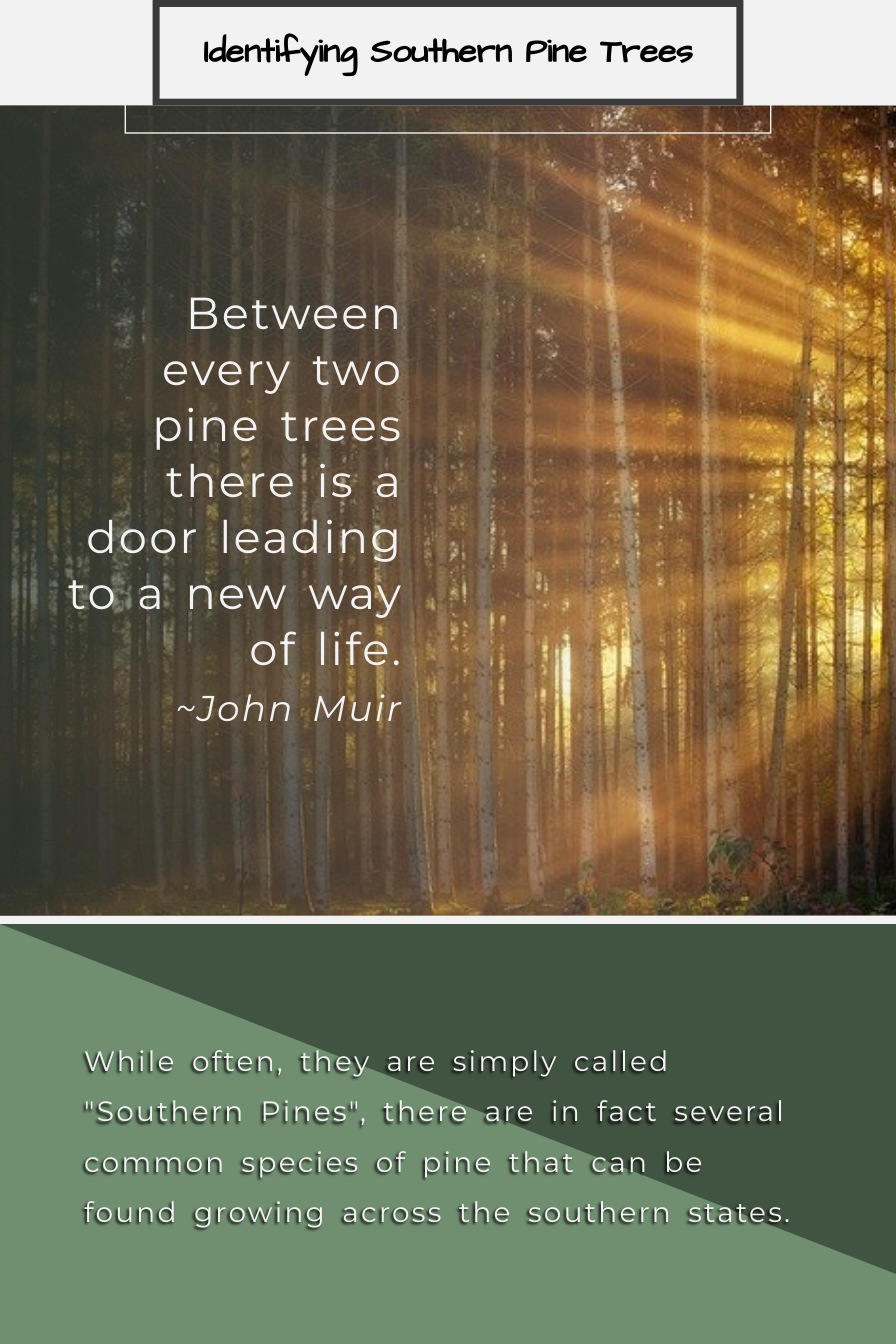
Repository: Sbethm/louisianaPineTrees
Page: pine_main.html
An editor plug-in stored every save of this project. The page is shown before and after a run of saves, followed by the edit.
The browser window is 1280 px wide. The pictures show the part of the page from y = 0 to 1920 px (the page is 2983 px tall), at 70% of full size.
The style sheet was rebuilt from its Sass, Less or Tailwind sources for each picture, by a compiler version that may differ from the author's.

Above is the page before, as saved 2021-09-24 11:02:56.

### pine_main.html
<!DOCTYPE html>
<html lang="en">
<head>
    <meta charset="UTF-8">
    <meta http-equiv="X-UA-Compatible" content="IE=edge">
    <meta name="viewport" content="width=device-width, initial-scale=1.0">
    <link rel="preconnect" href="https://fonts.googleapis.com">
    <link rel="preconnect" href="https://fonts.gstatic.com" crossorigin>
    <link href="https://fonts.googleapis.com/css2?family=Architects+Daughter&family=Montserrat:ital,wght@0,400;0,500;0,700;1,400;1,500;1,700&display=swap" rel="stylesheet">
    <!--
        headerFont: 'Architects Daughter', cursive;
        mainFont: 'Montserrat', sans-serif;
    -->
    <link rel="stylesheet" href="./CSS/main.css">
    <title>Louisiana Pine Trees</title>
</head>
<body>
    <header>
        <!-- <a href="#" class="logo">
            SarahMoosa
        </a> -->
        <h1>Identifying Southern Pine Trees</h1>
    </header>
    <main>
        <div class="hero-container container">
            <div class="hero__background-grad">
                <p class="hero__quote">Between every two pine trees there is a door leading to a new way of life. <br><cite>John Muir</cite></p>
            </div>
        </div>
        <div class="container triangle-bg">
            <div class="triangle-left"></div>
            <div class="triangle-right"></div>
            <p class="call-to-action">While often, they are simply called "Southern Pines", there are in fact several common species of pine that can be found growing across the southern states.
            </p>
        </div>
        <div class="questions-container container">
        </div>
        <div class="results-btn btn">
                <button>Next</button>
        </div>
        <div class="results"></div>

    </main>
    <script src="apps.js"></script>
</body>

### apps.js
const questionsArr = [
    {
        quest: "How many needles are in the bundle?",
        an: {
            a: "1",
            b: "2"
        }
    },
    {
        quest: "Blahasf?",
        an: {
            a: "trw",
            b: "fdb"
        }
    },
    {
        quest: "How many needles are in the bundle?",
        an: {
            a: "1",
            b: "2"
        }
    },
    {
        quest: "How many needles are in the bundle?",
        an: {
            a: "1",
            b: "2"
        }
    },
    {
        quest: "How many needles are in the bundle?",
        an: {
            a: "1",
            b: "2"
        }
    }
];

const questCont = document.querySelector('.questions-container');
const quest = document.querySelector('.question');
const options = document.querySelector('.options');
const nextBtn = document.querySelector('button');

let num = 0;

window.addEventListener('load', () => {

    let questVis = questionsArr[num];
    questCont.innerHTML =
                `<section class="question-wrapper">
                    <div class="question">
                        <p class="question__text">${questVis.quest}</p>
                    </div>
                    <div class="options">
                        <div class="answer"><p>${questVis.an.a}</p></div>
                        <div class="answer"><p>${questVis.an.b}</p></div>
                    </div>
                </section>
                `;

})

nextBtn.addEventListener('click', () => {
    num++;

    let questVis = questionsArr[num];
    questCont.innerHTML =
                `<section class="question-wrapper">
                    <div class="question">
                        <p class="question__text">${questVis.quest}</p>
                    </div>
                    <div class="options">
                        <div class="answer"><p>${questVis.an.a}</p></div>
                        <div class="answer"><p>${questVis.an.b}</p></div>
                    </div>
                </section>
                `;

})

### src/scss/main.scss
@import "./variables", "./mixins", "./normalize";


// ============ GLOBAL STYLES ============
*, *::before, *::after {
    box-sizing: border-box;
}

body {
    margin: 0;
    background-color: $mainColorLi;
}

header {

}

h1{
    position: relative;
    margin: 0 auto;
    padding: 1em 1.5em;
    width: fit-content;
    font-family: $headerFont;
    font-size: 3rem;
    text-align: center;
    background-color: $mainColorLi;
    // border: 20px solid #3a3a3a;

    &::before {
        content: "";
        position: absolute;
        width: 100%;
        height: 100%;
        border: 10px solid #3a3a3a;
        box-sizing:border-box ;
        top: 0;
        left: 0;
    }

    &::after {
        content: "";
        position: absolute;
        width: calc(100% + 80px);
        height: calc(100% + 80px);
        border:2px solid #f1f1f1;
        top: -40px;
        left: -40px;
    }
}

p {
    margin: 0;
    padding: 4em 3em;
    font-family: $mainFont;
    font-size: 2.5rem;
    letter-spacing: 0.2rem;
    word-spacing: 0.5rem;
    line-height: 4.5rem;
    color: $mainColorLi;
}

.container {
    background-color: $mainColorDr;
}

// ============ HERO STYLES ============
.hero-container {
    background-image: url(../img/forest-pine.jpg);
    background-repeat: no-repeat;
    background-size: cover;
    border-bottom: 12px solid $mainColorLi;
}

.hero__background-grad {
    background: linear-gradient(90deg, rgba(57,64,53,0.7721463585434174) 0%, rgba(242,242,242,0.19791666666666663) 66%, rgba(242,242,242,0) 100%);
}

.hero__quote {
    padding: 4em 1em;
    width: 50%;
    text-align: right;
    font-size: 4rem;
    line-height: 5rem;
    letter-spacing: 0.2rem;
    word-spacing: 0.5rem;

    & cite {
        font-size: 0.8em;

        &::before {
            content: "~";
        }
    }
}


// ============ CALL-TO-ACTION STYLES ============
.call-to-action {
    border-bottom: 12px solid $mainColorLi;
}

.triangle-bg {
    display: grid;
    grid-template-columns: 100vw;
    grid-template-rows: 100%;
    align-content: center;

    & p {
        grid-row: 1 / 1;
        grid-column: 1 / 1;
        text-shadow: -3px 3px 4px #020202;
    }

    & .triangle-left{
        grid-row: 1 / 1;
        grid-column: 1 / 1;
        border-style: solid;
        border-width: 500px 0 0 100vw;
        border-color: transparent transparent transparent $acColorLi;
    }
}

.questions-container{
    padding: 3em;
    background-color: $mainColorDr;

}

.question-wrapper {
    background-color: $mainColorLi;
    box-shadow: -7px 9px 10px 0px #272626;

    & .question__text {
        padding-bottom: 0;
        font-weight: 700;
        text-align: center;
        color: $acColorLi;
    }
}

.options {
    display: flex;
    flex-direction: row;
    justify-content: center;
}

.answer {
    margin: 6em;
    padding: 0;
    width: fit-content;
    min-width: 150px;
    border-radius: 100px;
    box-shadow: -5px 5px 10px 0px #696767;
    @include transition(all .3s ease);

    & p {
        padding: 1em 2em;
        text-align: center;
        font-weight: 600;
        color: $acColorLi;
    }

    &:hover, :focus {
        background-color: #f8cb6b;
        box-shadow: -5px 5px 10px 0px #696767;
    }
}

.results-btn {
    display: flex;
    justify-content: center;
    background-color: $mainColorDr;
}

button {
    margin: 1em 0 2em 0;
    padding: 1em 3em;
    font-family: $mainFont;
    font-size: 3rem;
    letter-spacing: 0.2rem;
    font-weight: 700;
    color: $acColorLi;
    border-radius: 100px;
    box-shadow: -7px 9px 10px 0px #272626;
}




//This code was used to cause grid items to over lap. It worked very well, but I think it is unnecessary and bulkier code than I need for the result that I want.
// .intro-container {
//     display: grid;
//     grid-template-columns: 50% 50%;
//     grid-auto-rows: 100%;

//     & img {
//         grid-column: 1/3;
//         grid-row: 1;
//         display: inline;
//         max-width: 100%;
//         z-index: 1;
//     }

//     & .quote {
//         grid-column: 2/3;
//         grid-row: 1;
//         align-self: center;
//         z-index: 9;
//     }
// }

### src/scss/_variables.scss
//COLORS
$mainColorDr: hsl(120, 12%, 29%);
$mainColorLi: hsl(0, 0%, 95%);
$acColorLi: hsl(120, 12%, 50%);
$acColorDr: hsl(0, 0%, 5%);

//FONTS
$headerFont: 'Architects Daughter', cursive;
$mainFont: 'Montserrat', sans-serif;

### src/scss/_mixins.scss
// ====== Transitions ======

@mixin transition($args...) {
    transition: $args;
}


// ====== Transitions ======
// ====== Transitions ======
// ====== Transitions ======

Loaded but not shown: src/scss/_normalize.scss (common file)

After the next 4 saves:
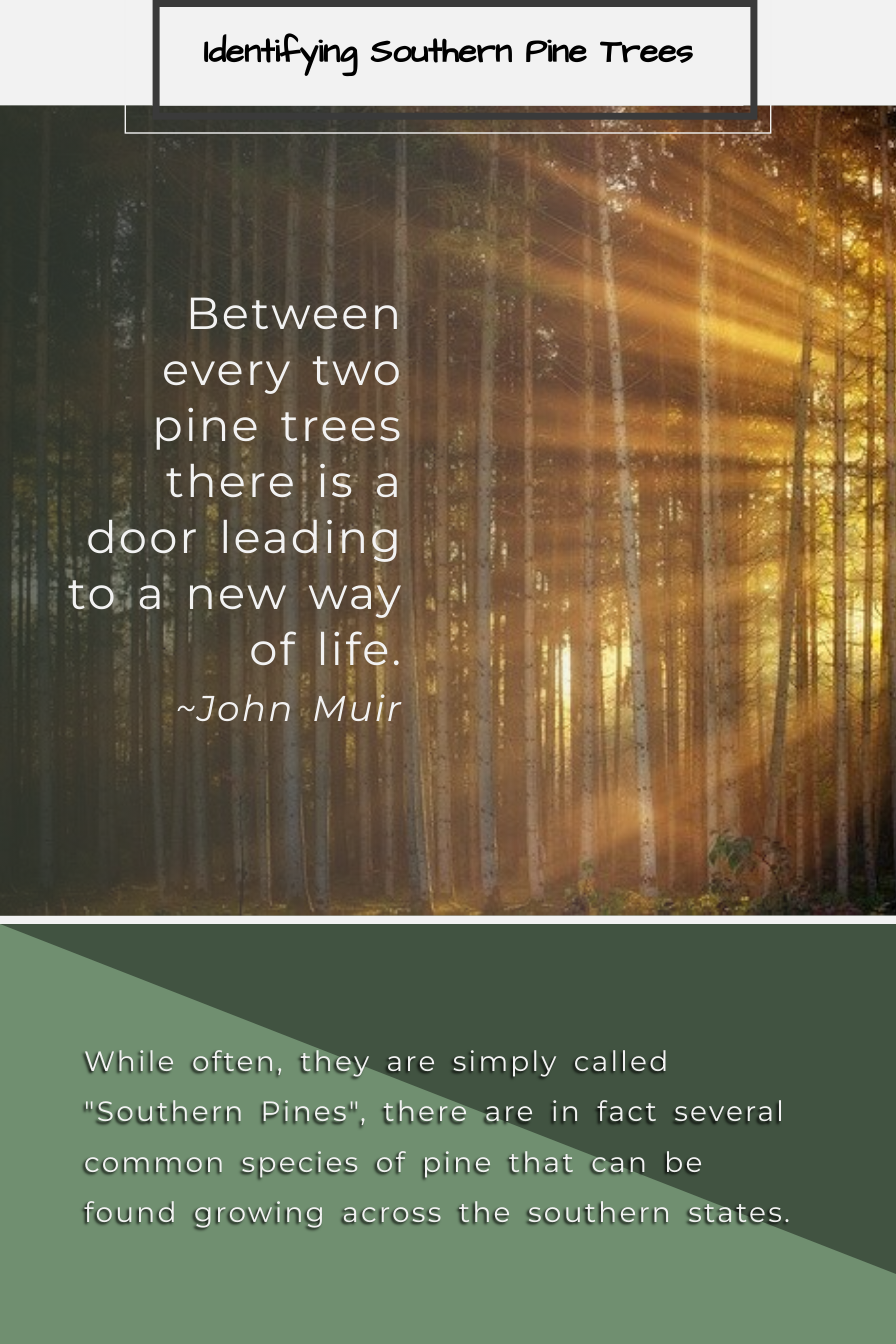
The 4 saves are shown as one change because 1 did not build or start and some came seconds apart.
The last was saved 45 s later.
--- a/src/scss/main.scss
+++ b/src/scss/main.scss
@@ -32,7 +32,7 @@
         width: 100%;
         height: 100%;
         border: 10px solid #3a3a3a;
-        box-sizing:border-box ;
+        box-sizing: content-box;
         top: 0;
         left: 0;
     }

After the save that followed:
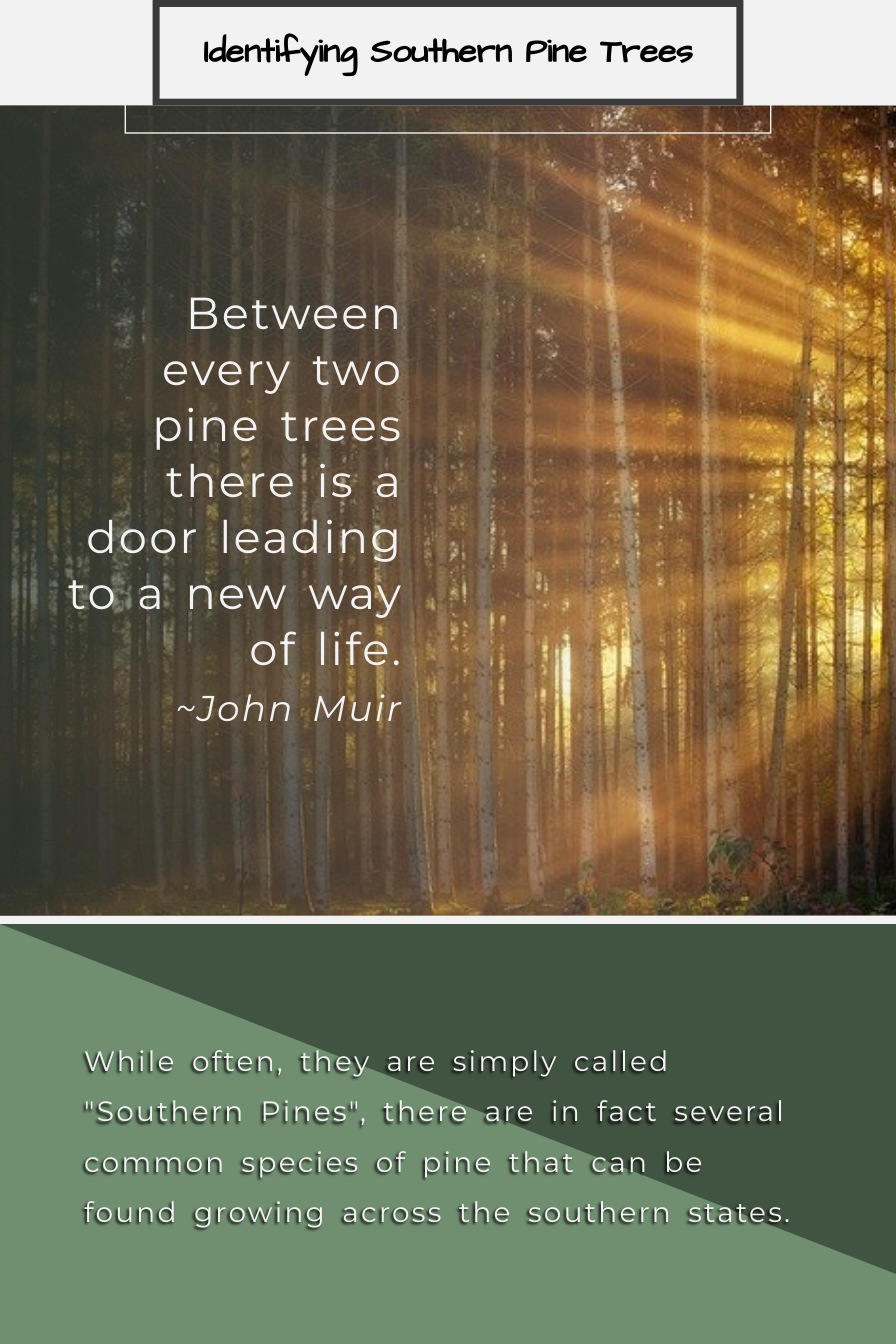
Saved 19 s later.
--- a/src/scss/main.scss
+++ b/src/scss/main.scss
@@ -32,7 +32,7 @@
         width: 100%;
         height: 100%;
         border: 10px solid #3a3a3a;
-        box-sizing: content-box;
+
         top: 0;
         left: 0;
     }
